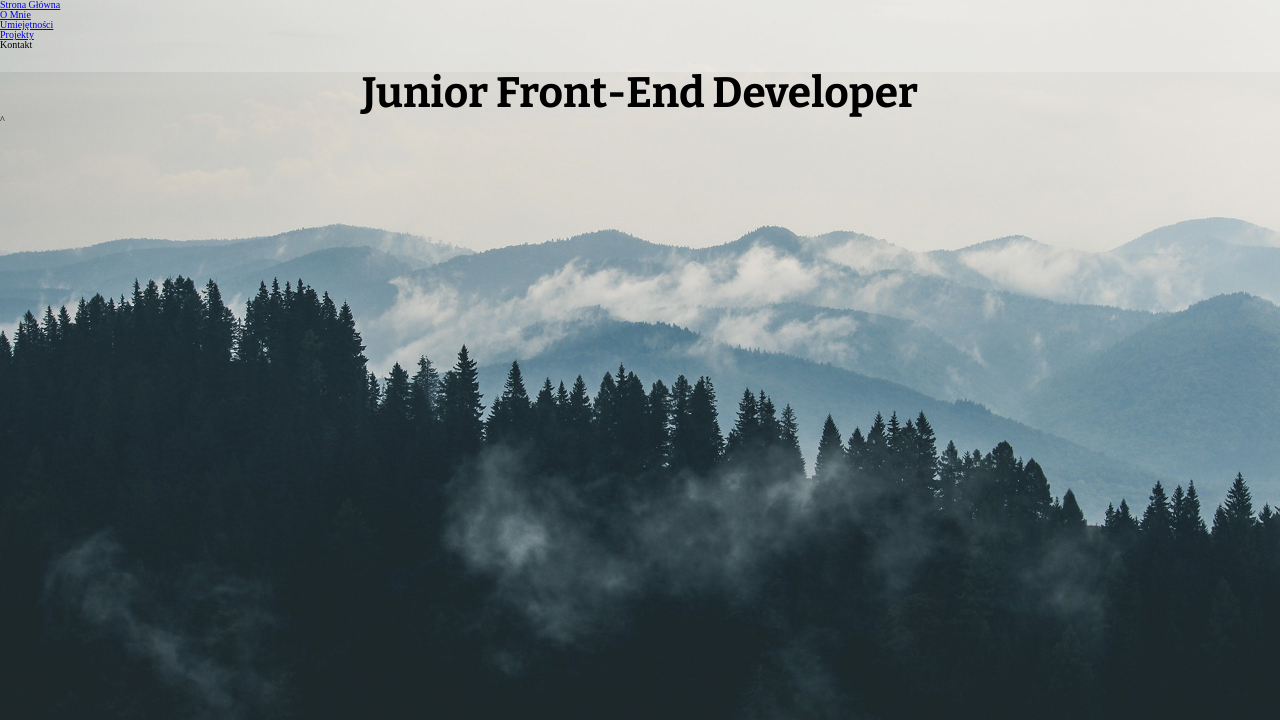
Repository: Maxs777/wizytowka
Page: index.html
An editor plug-in stored every save of this project. The page is shown before and after a run of saves, followed by the edit.
The browser window is 1280 px wide. The pictures show the whole page.

Above is the page before, as saved 2019-03-09 21:51:27.

### index.html
<!DOCTYPE html>
<html lang="pl">
<head>
    <meta charset="UTF-8">
    <meta name="viewport" content="width=device-width, initial-scale=1.0">
    <meta http-equiv="X-UA-Compatible" content="ie=edge">
    <link rel="stylesheet" href="_css/style.css">
    <title>Strona-wizytówka</title>
    <meta name="description" content="Jest to moja pierwsza strona-wizytówka">
    <meta name="author" content="Maksymilian Suchocki">
    <link href="https://fonts.googleapis.com/css?family=Bitter:400i,700&amp;subset=latin-ext" rel="stylesheet">
    <link rel="stylesheet" href="https://use.fontawesome.com/releases/v5.7.2/css/all.css"
        integrity="sha384-fnmOCqbTlWIlj8LyTjo7mOUStjsKC4pOpQbqyi7RrhN7udi9RwhKkMHpvLbHG9Sr" crossorigin="anonymous">


</head>
<body>
   <div class="container">
       <header>
        <nav>
            <ul>
                <li><a href="#header">Strona Główna</a></li>
                <li><a href="#section1">O Mnie</a></li>
                <li><a href="#section2">Umiejętności</a></li>
                <li><a href="#section3">Projekty</a></li>
                <li><a href="#section4"></a>Kontakt</li>
            </ul>
        </nav>
           <h1>Junior Front-End Developer</h1>
           <div class="wrapper">^</div>
           <div class="downimage"></div>
        </header>
       <section id="section1" class="aboutme">
           <article class="aboutme"></article>
           <article class="aboutme"></article>
       </section>
       <section id="section2" class="skills"></section>
       <section id="section3" class="project"></section>
       <section id="section4" class="contact"></section>
       <footer></footer>
   </div>
</body>
</html>

### _css/style.css
@import url('reset.css');

:root{
    /* -----------------------------fonts */
    font-size: 62.5%;
    /* font-family: 'Bitter', serif; */

    /*---------------------------- colors */
    --dark-blue-color: #2C3E50;
    --red-color: #E74C3C;
    --white-color: #ECF0F1;
    --main-blue: #3498DB;
    --second-blue: #2980B9;
    /* ---------------------------------- */
}

*,
*::after,
*::before{
    box-sizing: border-box;
}

h1, h2{
    font-family: 'Bitter',
    serif;
}

h1{
    font-size: 4.25rem;
    font-weight: bold;
    text-align: center;
}

nav{
    background-color: rgba(255, 255, 255, .2);
    height: 10vh;
    position: sticky;
    text-decoration: none;


}

.hide{
    position: absolute;
    clip:rect(0px 0px 0px 0px);
    *clip: rect(0 0 0 0);
}

header{
    height: 100vh;
    width: 100vw;
    background: url(../_assets/_img/background.jpg) center / cover;
    /* overflow: hidden; */
}

.downimage{
        background: url(../_assets/_img/background1.png) bottom / contain no-repeat;
        wid
}

Loaded but not shown: _css/reset.css (common file)

After the next 3 saves:
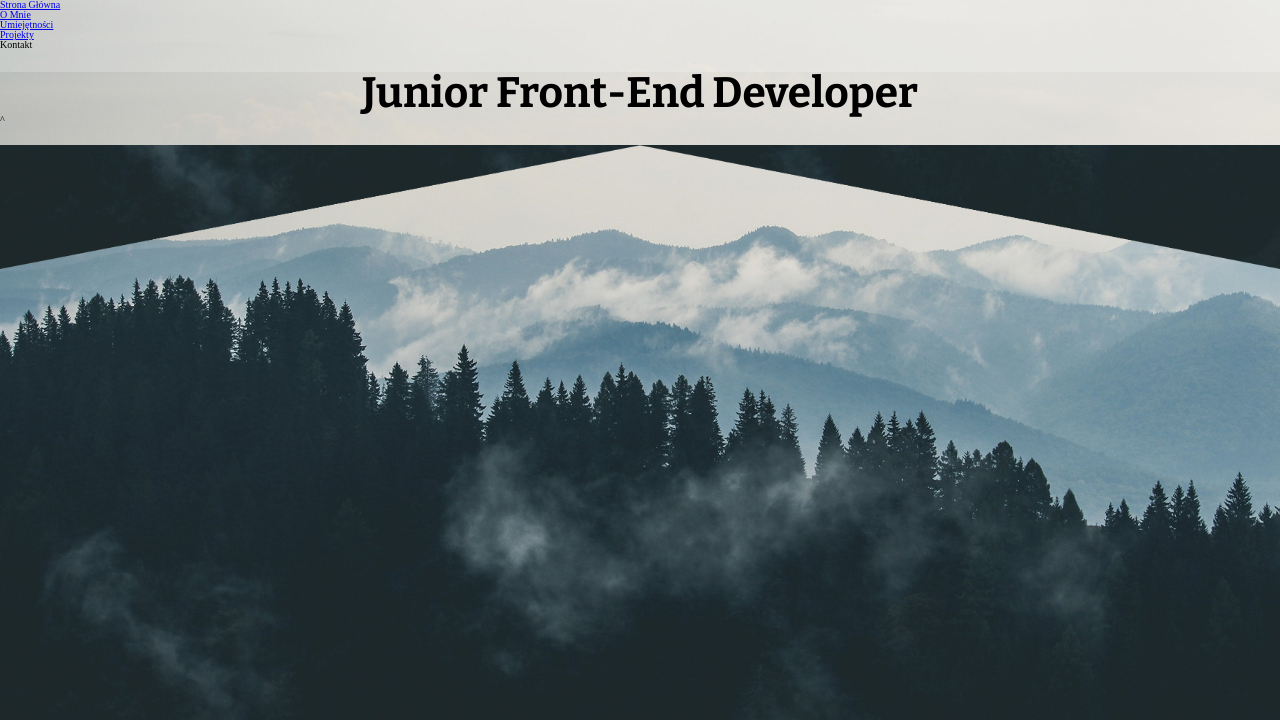
The 3 saves are shown as one change because they came seconds apart.
The last was saved 10 s later.
--- a/_css/style.css
+++ b/_css/style.css
@@ -55,5 +55,5 @@ header{
 
 .downimage{
         background: url(../_assets/_img/background1.png) bottom / contain no-repeat;
-        wid
+        height: 20vh;
 }
